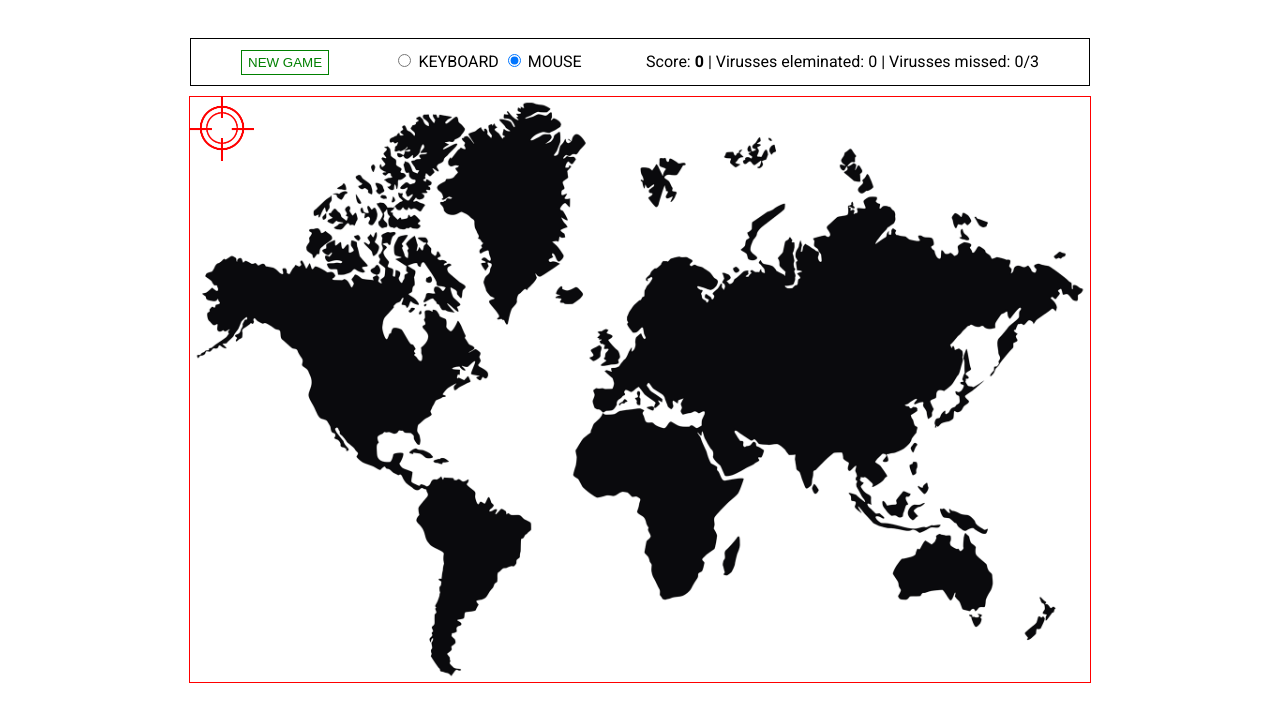
Repository: Baterka/DestroyTheVirus
Page: index.html
An editor plug-in stored every save of this project. The page is shown before and after the next save, followed by the edit.
The browser window is 1280 px wide. The pictures show the whole page.

Above is the page before, as saved 2020-03-20 01:24:30.
Console error: TypeError: Cannot read properties of undefined (reading 'maxX')

After the next save:
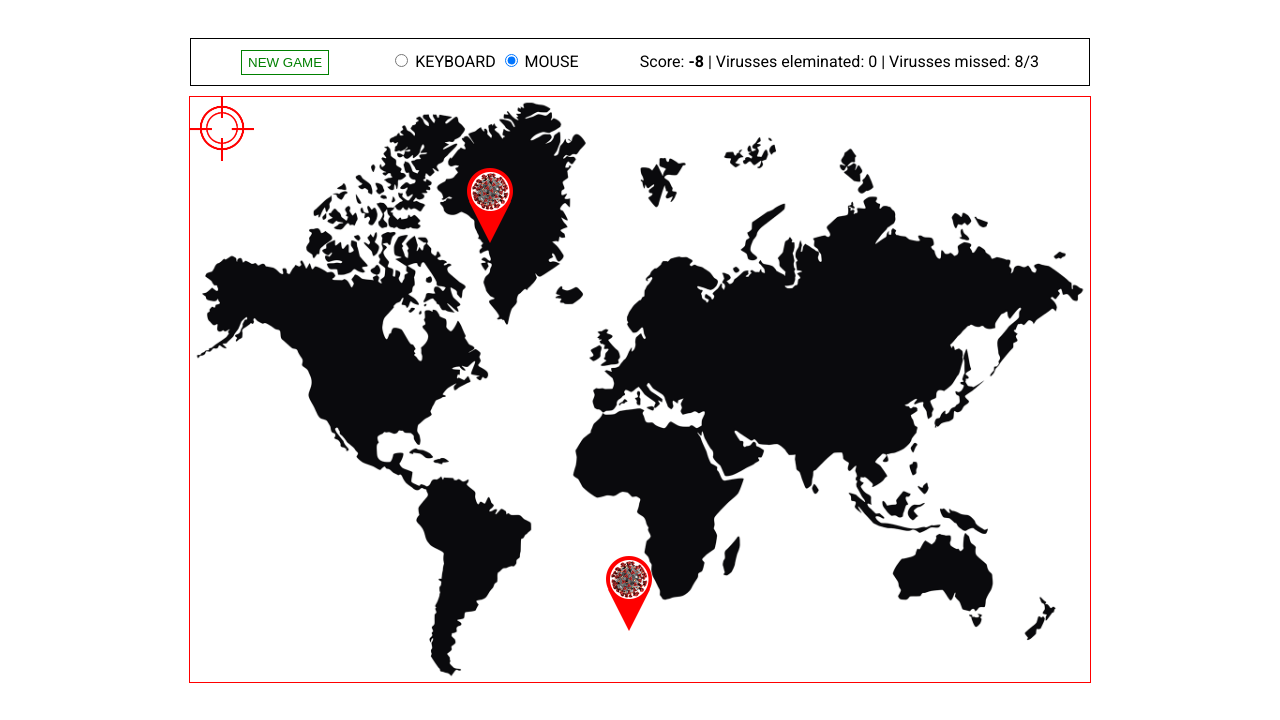
The error is gone.
Saved 25 s later.
--- a/main.js
+++ b/main.js
@@ -235,8 +235,8 @@ class Virus {
         setTimeout(() => {
             if (!this._spawningEnabled)
                 return;
-            const x = randomNumber(this._Game.World.canvasBoundary.minX, this._Game._canvasBoundary.maxX + 15);
-            const y = randomNumber(this._Game.World.canvasBoundary.minY, this._Game._canvasBoundary.maxY - 13);
+            const x = randomNumber(this._Game.World.canvasBoundary.minX, this._Game.World.canvasBoundary.maxX + 15);
+            const y = randomNumber(this._Game.World.canvasBoundary.minY, this._Game.World.canvasBoundary.maxY - 13);
             this.spawn(x, y);
             console.log(this._spawnRate);
             this._spawner();
